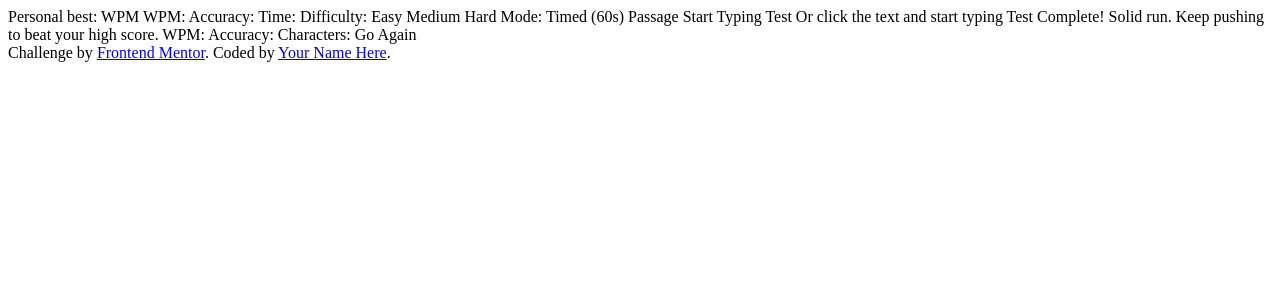
Repository: eva003n/typing-speed-test
Page: index.html
These files come from the project's save history. The page is drawn as it stood at one moment and after the next save; the edit follows.
The browser window is 1280 px wide. The pictures show the whole page.

Above is the page before, as saved 2026-02-12 23:29:02.

After the next save:
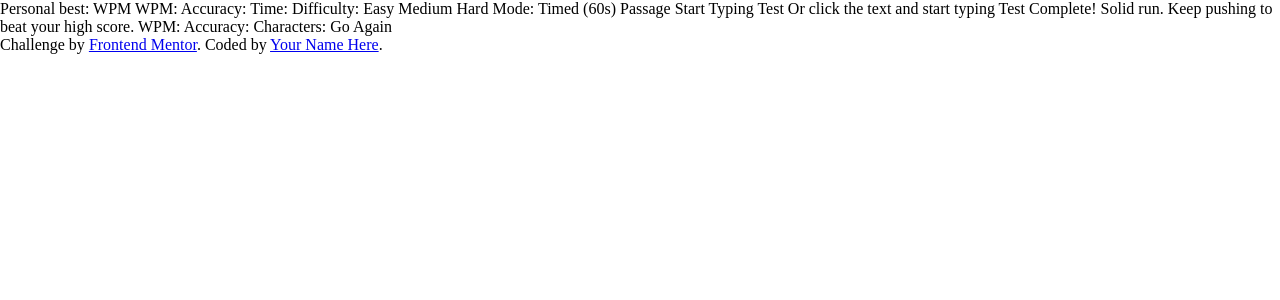
Saved 11 s later.
--- a/style.css
+++ b/style.css
@@ -48,5 +48,5 @@
 *,
 *::before,
 *::after {
-    padding: 0;
+    margin: 0;
 }
